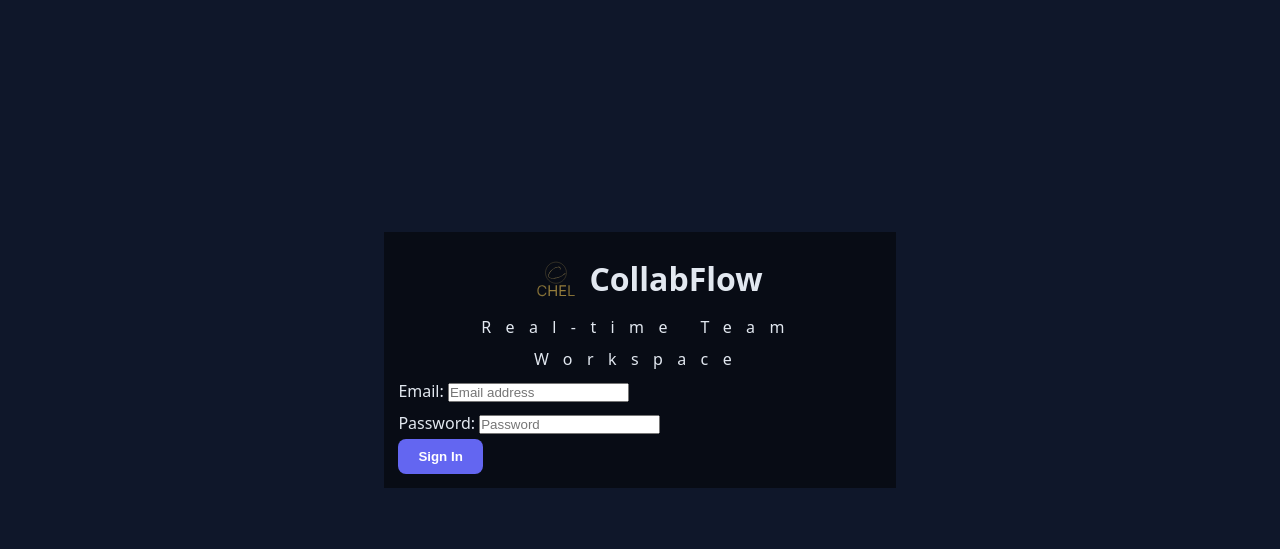
Repository: Lovethrech/collabflow
Page: /
An editor plug-in stored every save of this project. The page is shown before and after the next save, followed by the edit.
The browser window is 1280 px wide. The pictures show the whole page.
The project was rebuilt for these pictures with package versions that can differ from the ones it lists, and the page was loaded fresh each time. The framework's server and built-in components were replaced by stand-ins that run in the browser. Also part of the build but not shown: nuxt.config.ts.

Above is the page before, as saved 2026-05-20 19:35:27.

After the next save:
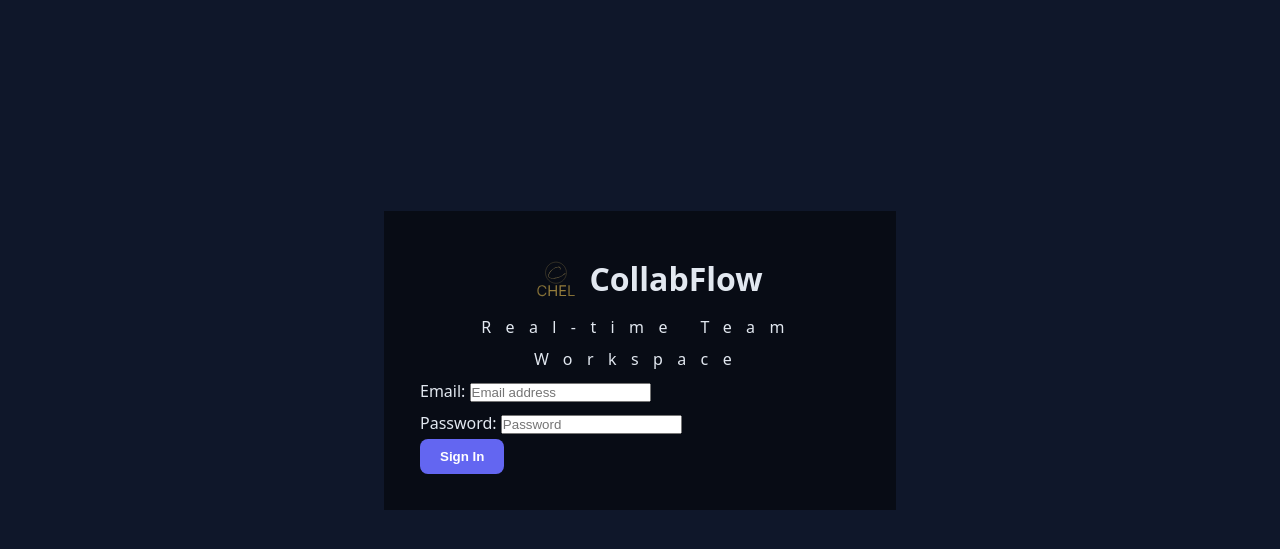
Saved 13 s later.
--- a/app/pages/index.vue
+++ b/app/pages/index.vue
@@ -57,7 +57,7 @@
 .auth-card{
     background-color: #0000007e;
     width: 40%;
-    padding: 2vh;
+    padding: 5vh;
 }
 .auth-title-ctn{
     justify-content: center;
